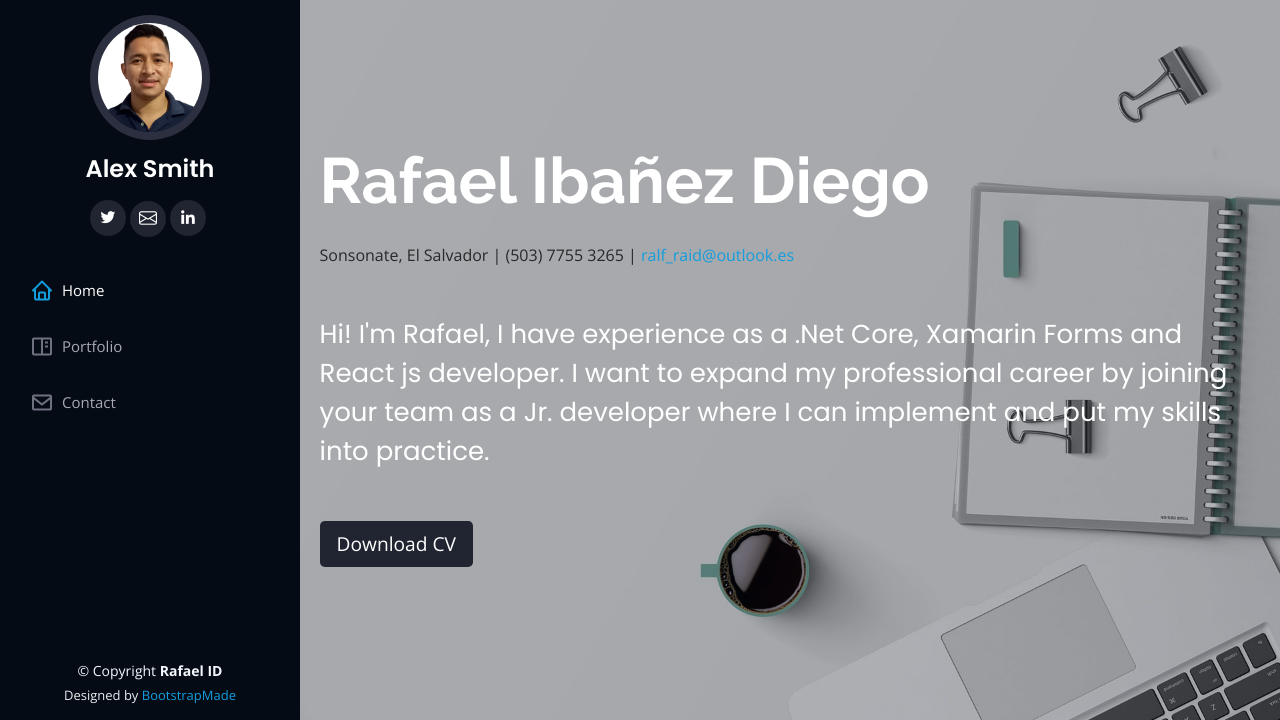
Repository: ralfId/myportfolio
Page: /
The author's editor kept a copy of each file at every save. The page is drawn from the files as they stood at one save, then again after the next save.
The browser window is 1280 px wide. The pictures show the whole page.
The project was rebuilt for these pictures with package versions that can differ from the ones it lists, and the page was loaded fresh each time. Also part of the build but not shown: src/data/projects.js, src/components/Projects/ProjectItem.js, src/components/Projects/ProjectIndex.js, src/helpers/ProjectById.js, src/components/Projects/ProjectDetail.js.

Above is the page before, as saved 2021-09-20 18:29:44.

After the next save:
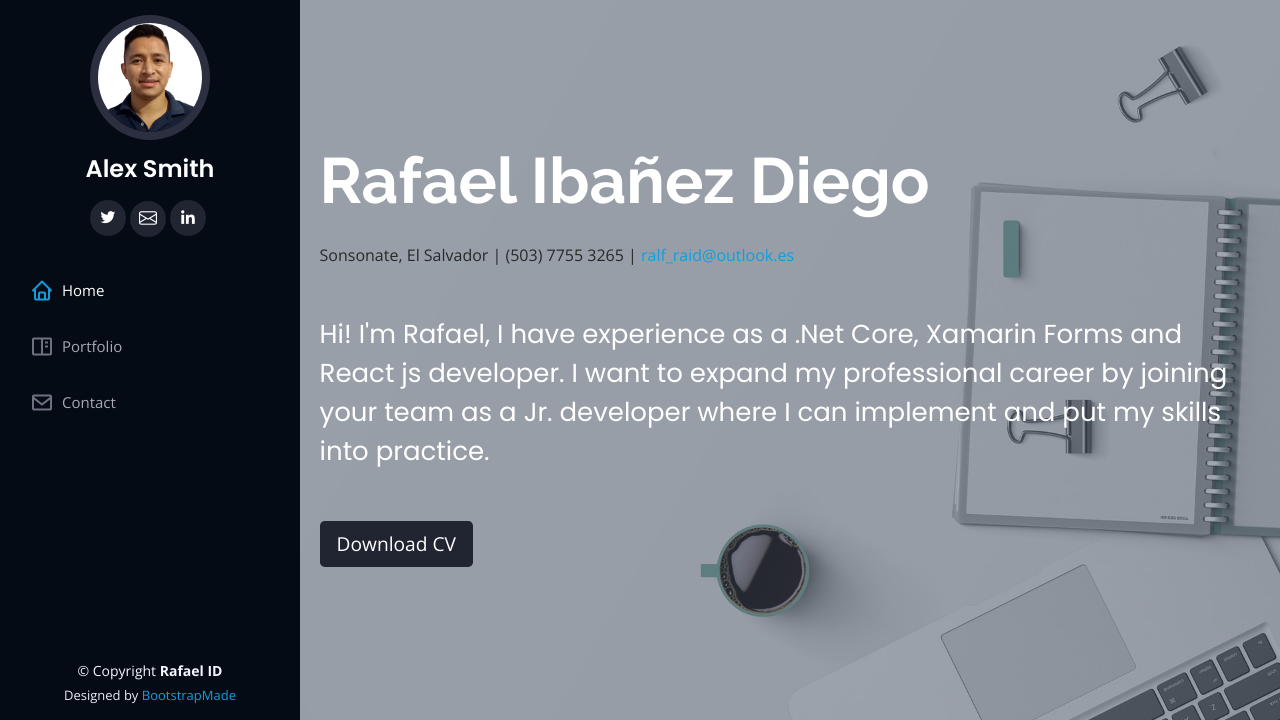
Saved 9 s later.
--- a/public/css/style.css
+++ b/public/css/style.css
@@ -246,7 +246,7 @@ h6 {
 
   #hero:before {
     content: "";
-    background: rgba(5, 13, 24, 0.3);
+    background: rgba(68, 81, 99, 0.5);
     position: absolute;
     bottom: 0;
     top: 0;
